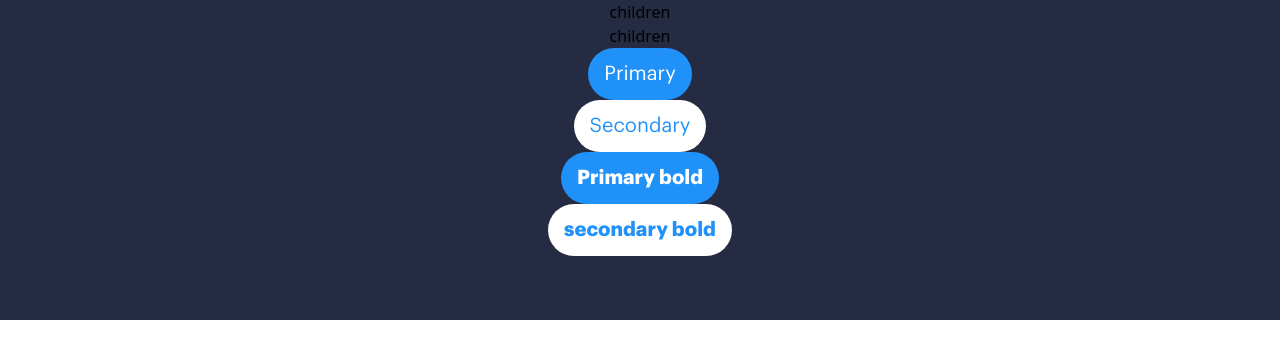
Repository: SK3010z/figmaland-tailwind
Page: /
An editor plug-in stored every save of this project. The page is shown before and after the next save, followed by the edit.
The browser window is 1280 px wide. The pictures show the whole page.
The project was rebuilt for these pictures with package versions that can differ from the ones it lists, and the page was loaded fresh each time. Also part of the build but not shown: vite.config.js, src/mediaQueries.jsx.

Above is the page before, as saved 2024-08-16 15:24:19.

After the next save:
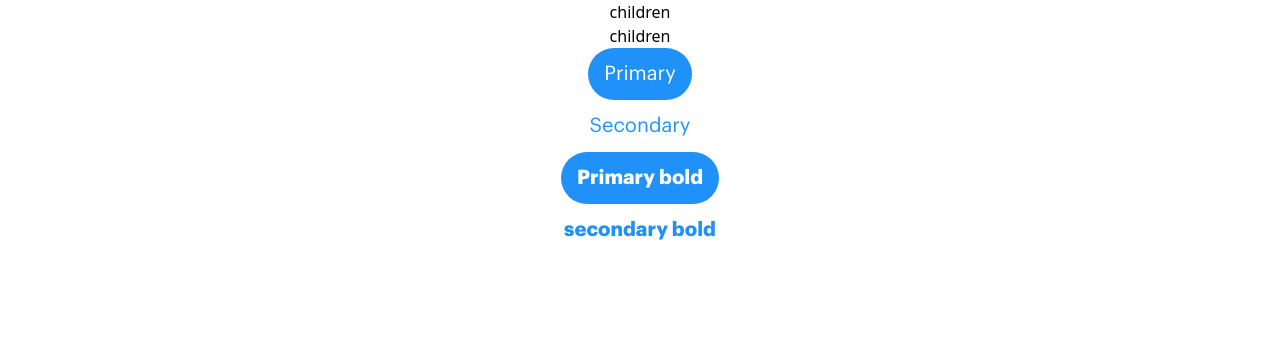
Saved 3 min 45 s later.
--- a/src/App.jsx
+++ b/src/App.jsx
@@ -2,8 +2,8 @@
 import { Heading } from "./components/Heading"
 function App() {
   return (
-    <div className="bg-darkBrackground justify-center pb-16 text-center justify-items-center">
-
+    <div className="bg-darkBackground justify-center pb-16 text-center justify-items-center">
+      <h1 className=""></h1>
       <Heading>Hello World of heading 1</Heading>
       <Heading type='h2'>Hello World of heading 2</Heading>
 

After the save that followed:
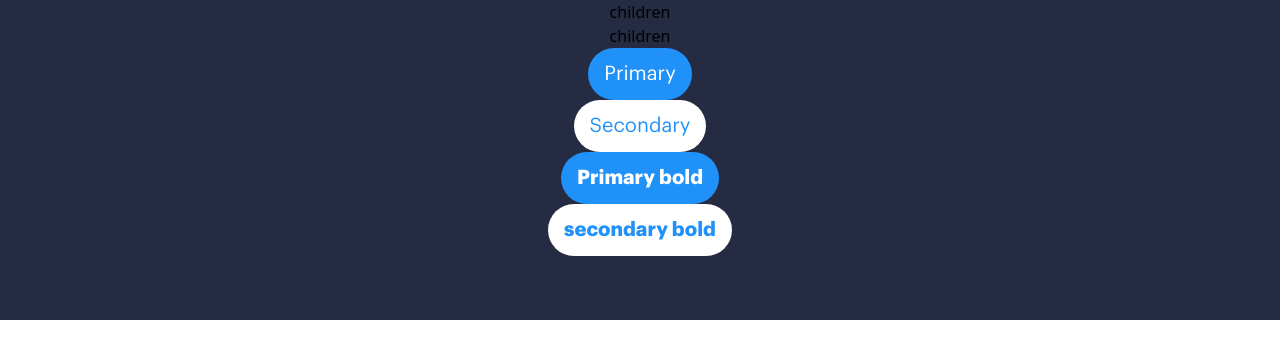
Saved 15 s later.
--- a/src/App.jsx
+++ b/src/App.jsx
@@ -2,7 +2,7 @@
 import { Heading } from "./components/Heading"
 function App() {
   return (
-    <div className="bg-darkBackground justify-center pb-16 text-center justify-items-center">
+    <div className="bg-darkBrackground justify-center pb-16 text-center justify-items-center">
       <h1 className=""></h1>
       <Heading>Hello World of heading 1</Heading>
       <Heading type='h2'>Hello World of heading 2</Heading>
